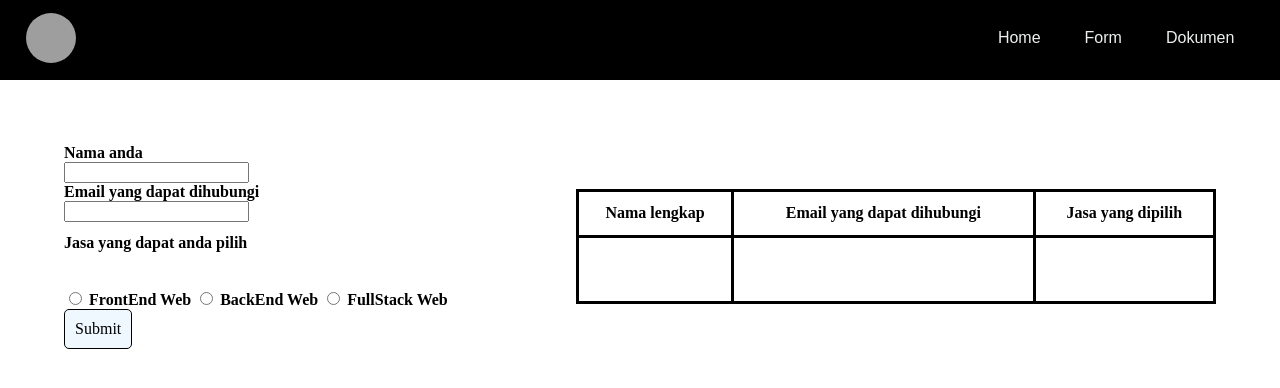
Repository: zecht12/TimModul
Page: TimModul.html
The author's editor kept a copy of each file at every save. The page is drawn from the files as they stood at one save, then again after the next save.
The browser window is 1280 px wide. The pictures show the whole page.
Pictures or frames that could not be fetched are drawn as grey boxes.

Above is the page before, as saved 2023-03-14 13:42:48.

After the next save:
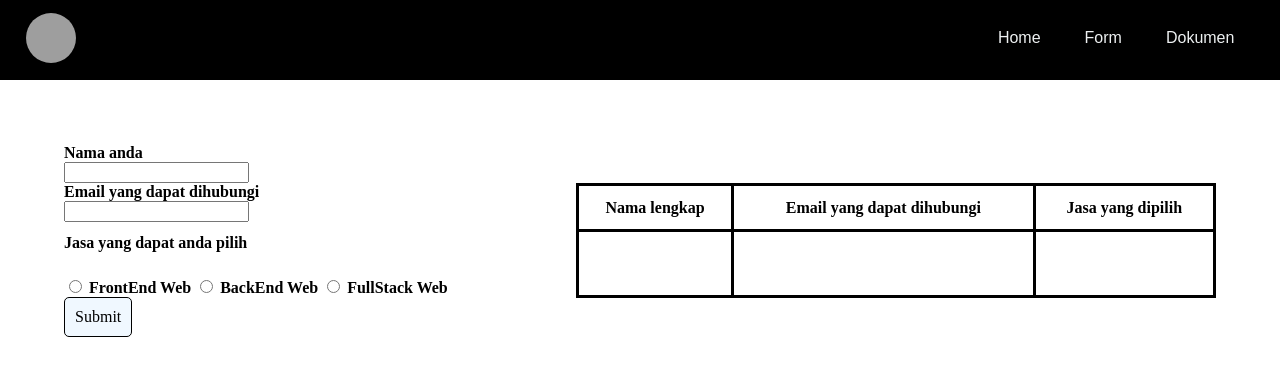
Saved 9 s later.
--- a/TimModul.html
+++ b/TimModul.html
@@ -27,7 +27,7 @@
             <input type="text" id="Email" name="Email" class="Email"><br>
 
             <p for="Pilihan" class="Pilihan">Jasa yang dapat anda pilih</p><br>
-            <div style="padding-top: 5%;">
+            <div style="padding-top: 2%;">
                 <input type="radio" id="FrontEnd" name="fav_language" value="FrontEnd">
                 <label for="FrontEnd">FrontEnd Web</label>
 
